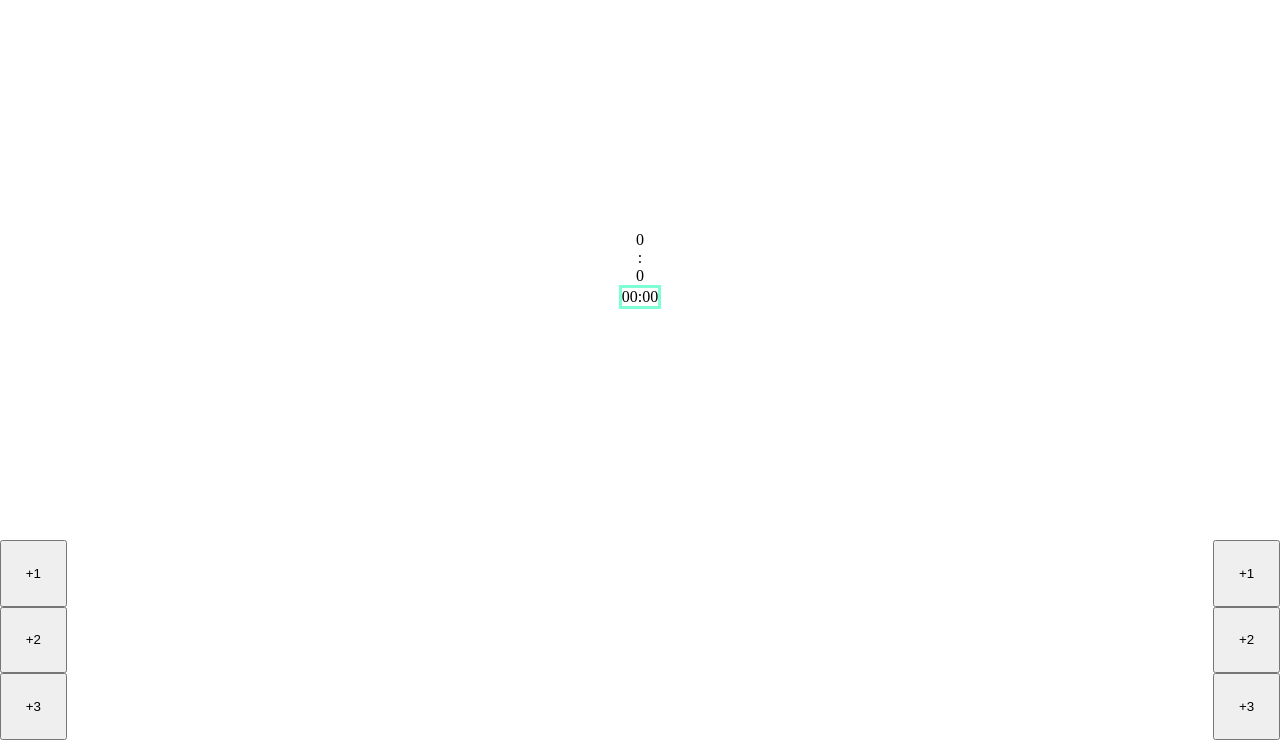
Repository: bollo89/scoreBoard
Page: index.html
These files come from the project's save history. The page is drawn as it stood at one moment and after the next save; the edit follows.
The browser window is 1280 px wide. The pictures show the whole page.

Above is the page before, as saved 2022-01-25 11:10:24.

### index.html
<!DOCTYPE html>
<html lang="en">
<head>
    <meta charset="UTF-8">
    <meta http-equiv="X-UA-Compatible" content="IE=edge">
    <meta name="viewport" content="width=device-width, initial-scale=1.0">
    <link rel="stylesheet" href="./style.css">
    <title>Document</title>
</head>
<body>
    <section class="tablica">
        <div class="home"></div>
        <div class="colon">:</div>
        <div class="away"></div>
        <div class="timer">00:00</div>
    </section>
    <section class="menu">
        <section class="btnsH">
            <div><button class="btn1h">+1</button></div>
            <div><button class="btn2h">+2</button></div>
            <div><button class="btn3h">+3</button></div>
        </section>
        <section class="btnsA">
            <div></div><button class="btn1a">+1</button></div>
            <div></div><button class="btn2a">+2</button></div>
            <div></div><button class="btn3a">+3</button></div>
        </section>
</section>
<script src="./script.js"></script>
</body>
</html>

### style.css
* {
    margin: 0;
    padding: 0;
}
body {
     height: 75%;
     width: 100%;
}
.tablica {
    height: 75vh;
    display: flex;
    flex-direction: column;
    align-items: center;
    justify-content: center;
}

.wynik {
    flex-direction: row;
    border: 3px solid blueviolet;
}
.timer {
    border: 3px solid aquamarine;
}

.menu {
    height: 15%;
    width: 100%;
    display: flex;
    justify-content: space-between;
    font-size: 0;
}
.btnsH {

}
.btnsA {

}
.btnsH div {
    width: 5em;
}
.btnsA div {
    width: 5em;
}
.btn1h , .btn2h , .btn3h , .btn1a , .btn2a , .btn3a{
    height: 5em;
    width: 5em;
}

### script.js
let home = document.querySelector('.home');
let n = 0;
home.innerHTML = n;

let away = document.querySelector('.away');
let m = 0;
away.innerHTML = m;

let btn1h = document.querySelector('.btn1h');
let btn2h = document.querySelector('.btn2h');
let btn3h = document.querySelector('.btn3h');
let btn1a = document.querySelector('.btn1a');
let btn2a = document.querySelector('.btn2a');
let btn3a = document.querySelector('.btn3a');
//punkty po lewej
function score1home() {
    n+=1;
    home.innerHTML = n;
    console.log(n);
}
function score2home() {
    n+=2;
    home.innerHTML = n;
    console.log(n);
}
function score3home() {
    n+=3;
    home.innerHTML = n;
    console.log(n);
}
//punkty po prawej
function score1away() {
    m+=1;
    away.innerHTML = m;
    console.log(m);
}
function score2away() {
    m+=2;
    away.innerHTML = m;
    console.log(m);
}
function score3away() {
    m+=3;
    away.innerHTML = m;
    console.log(m);
}

//przyciskibtn1.addEventListener('click',score1home,false);
btn1h.addEventListener('click',score1home,false);
btn2h.addEventListener('click',score2home,false);
btn3h.addEventListener('click',score3home,false);
btn1a.addEventListener('click',score1away,false);
btn2a.addEventListener('click',score2away,false);
btn3a.addEventListener('click',score3away,false);

After the next save:
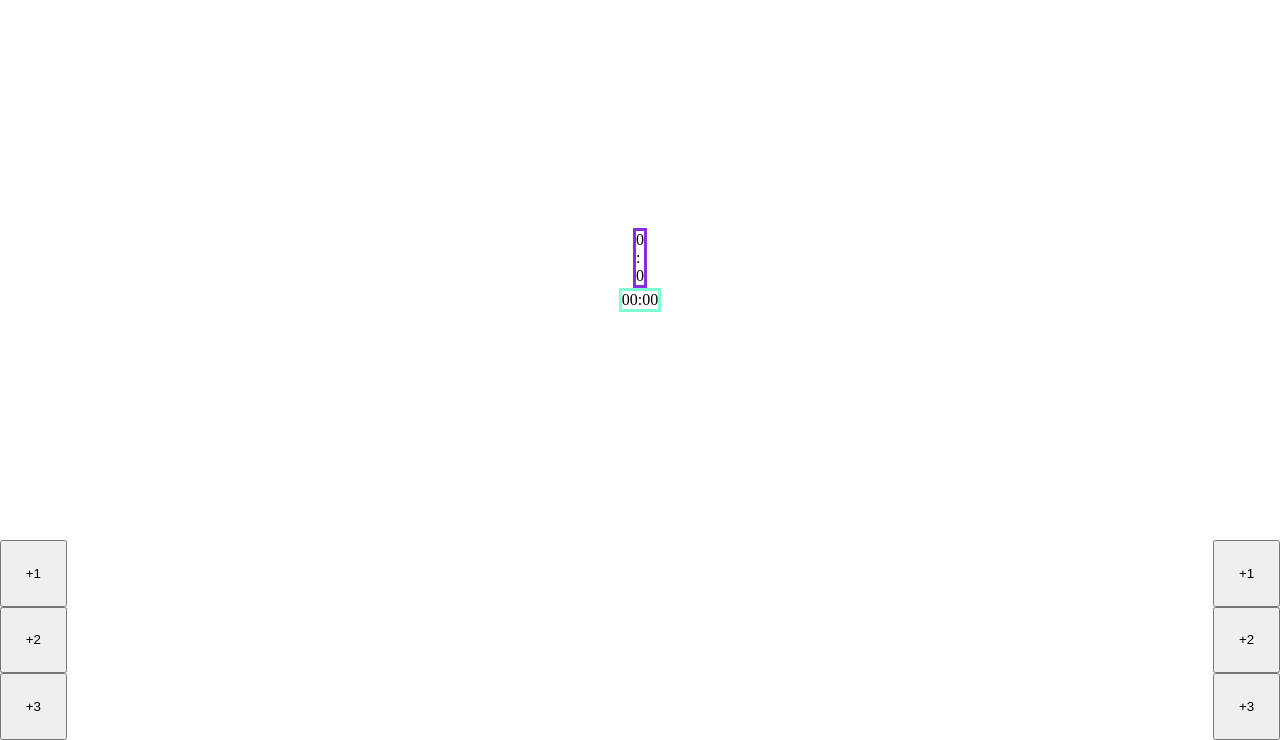
Saved 18 s later.
--- a/index.html
+++ b/index.html
@@ -9,9 +9,11 @@
 </head>
 <body>
     <section class="tablica">
-        <div class="home"></div>
-        <div class="colon">:</div>
-        <div class="away"></div>
+        <div class="wynik">
+            <div class="home"></div>
+            <div class="colon">:</div>
+            <div class="away"></div>
+        </div>
         <div class="timer">00:00</div>
     </section>
     <section class="menu">
